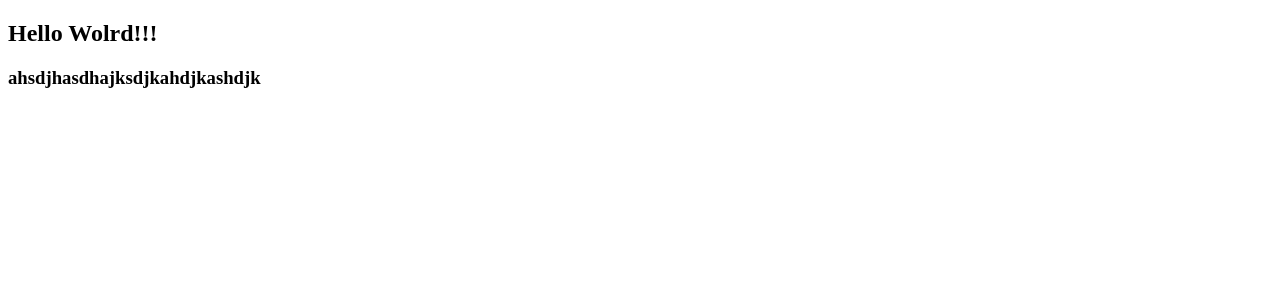
Repository: huygicungduoc/First_Project
Page: index1.html
The author's editor kept a copy of each file at every save. The page is drawn from the files as they stood at one save, then again after the next save.
The browser window is 1280 px wide. The pictures show the whole page.

Above is the page before, as saved 2025-03-08 20:03:22.

After the next save:
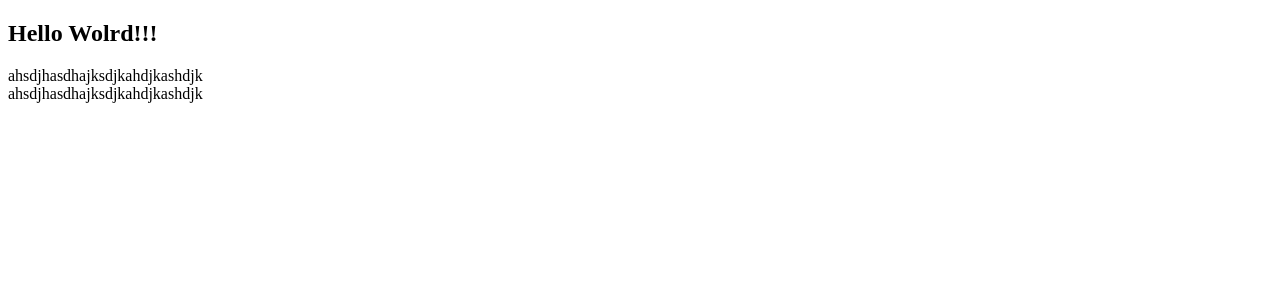
Saved 2 min 8 s later.
--- a/index1.html
+++ b/index1.html
@@ -8,6 +8,7 @@
 <body>
 
     <h2>Hello Wolrd!!!</h2>
-    <h3>ahsdjhasdhajksdjkahdjkashdjk</h3>
+    <div>ahsdjhasdhajksdjkahdjkashdjk<div>
+    <div>ahsdjhasdhajksdjkahdjkashdjk<div>
 </body>
 </html>
